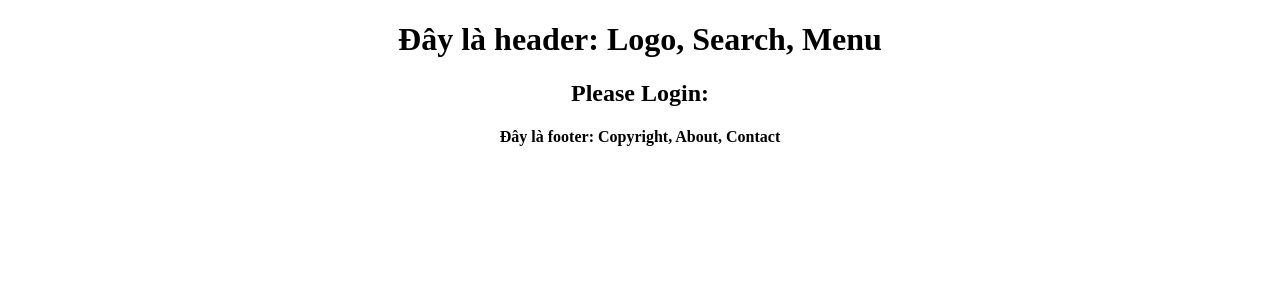
Repository: tranky1992/tranky1992.github.io
Page: http://localhost/BookStoreWebsite/frontend/login.jsp
The author's editor kept a copy of each file at every save. The page is drawn from the files as they stood at one save, then again after the next save.
The browser window is 1280 px wide. The pictures show the whole page.
The page is served by Tomcat 9. Other server files are loaded and not shown.

Above is the page before, as saved 2020-10-01 09:12:38.

### BookStoreWebsite/WebContent/frontend/login.jsp
<%@ page language="java" contentType="text/html; charset=UTF-8" pageEncoding="UTF-8"%>
<!DOCTYPE html PUBLIC "-//W3C//DTD HTML 4.01 Transitional//EN" "http://www.w3.org/TR/html4/loose.dtd">
<html>
<head>
<meta http-equiv="Content-Type" content="text/html; charset=UTF-8">
<title>Login</title>
</head>
<body>
	<div align="center">
		<h1>Đây là header: Logo, Search, Menu</h1>
	</div>
	<div align="center">
		<h2>Please Login: </h2>

	</div>
	<div align="center">
		<h4>
			Đây là footer: Copyright, About, Contact
		</h4>
	</div>
</body>
</html>

After the next save:
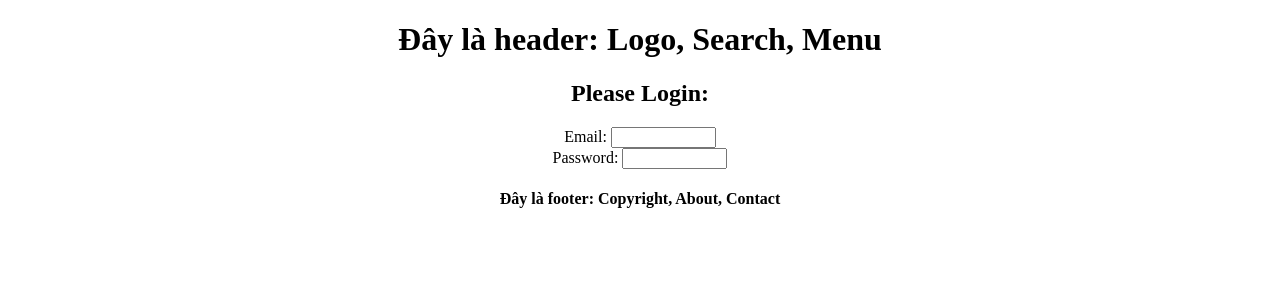
Saved 3 min 22 s later.
--- a/BookStoreWebsite/WebContent/frontend/login.jsp
+++ b/BookStoreWebsite/WebContent/frontend/login.jsp
@@ -11,7 +11,10 @@
 	</div>
 	<div align="center">
 		<h2>Please Login: </h2>
-
+		<form action="">
+			Email: <input type="text" size ="10"><br>
+			Password: <input type="password" size ="10"/>
+		</form>
 	</div>
 	<div align="center">
 		<h4>
